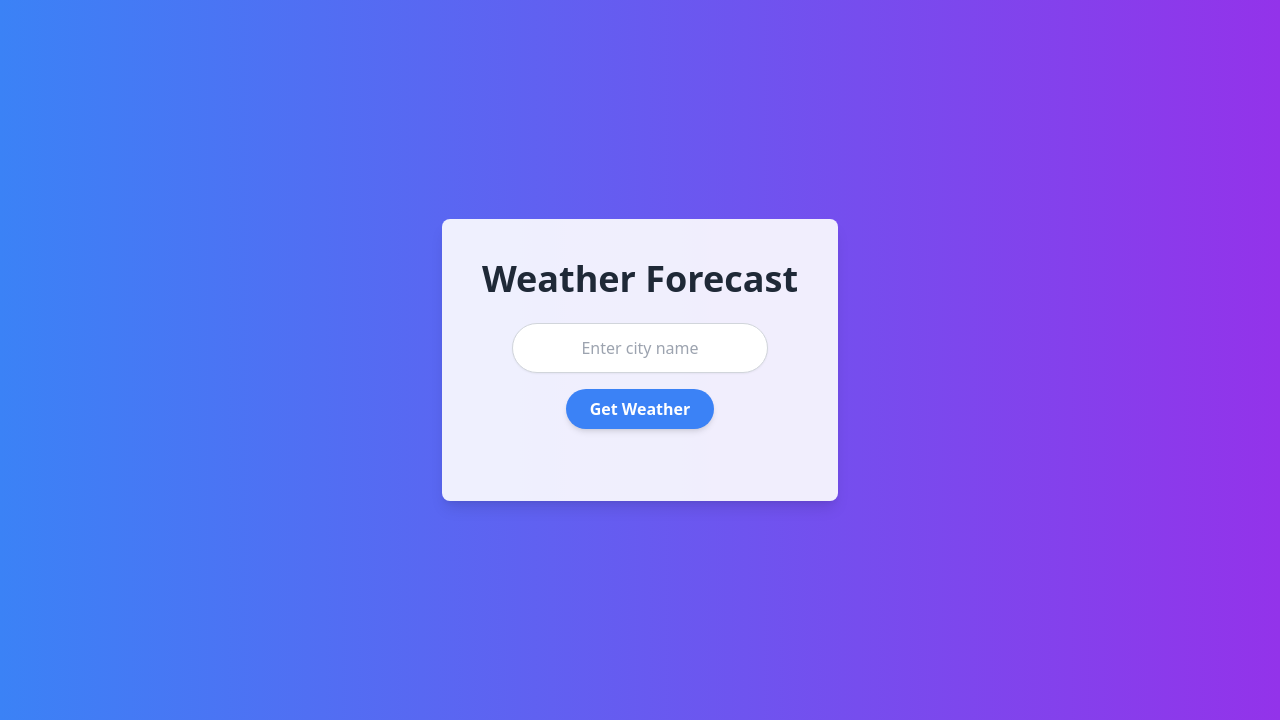
Repository: MKosainHaider/weather-app-react
Page: / (app in weather-app/)
An editor plug-in stored every save of this project. The page is shown before and after the next save, followed by the edit.
The browser window is 1280 px wide. The pictures show the whole page.
The project was rebuilt for these pictures with package versions that can differ from the ones it lists, and the page was loaded fresh each time. Also part of the build but not shown: weather-app/vite.config.js, weather-app/src/components/WeatherCard.jsx, weather-app/src/components/WeatherList.jsx.

Above is the page before, as saved 2024-08-19 14:51:11.

After the next save:
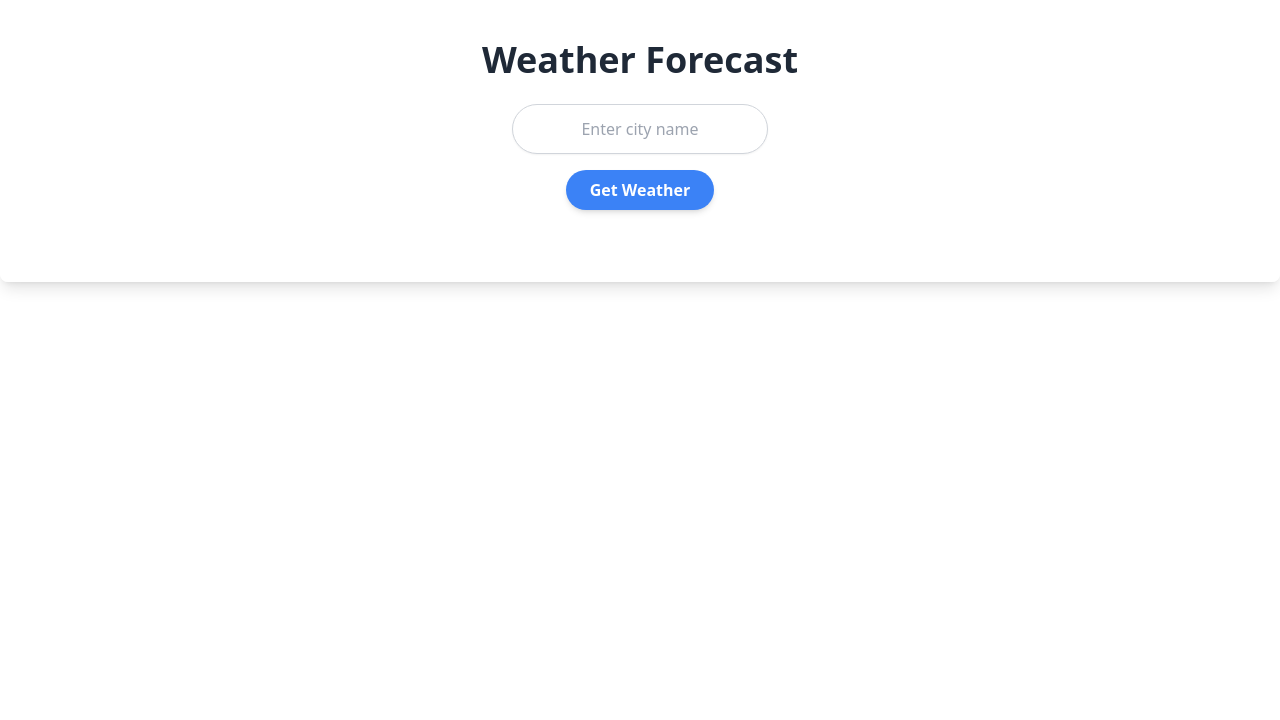
Saved 4 min 42 s later.
--- a/weather-app/src/App.jsx
+++ b/weather-app/src/App.jsx
@@ -6,7 +6,7 @@ function App() {
   const [city, setCity] = useState("");
 
   return (
-    <div className="flex flex-col items-center justify-center min-h-screen bg-gradient-to-r from-blue-500 to-purple-600">
+    <div classList="flex flex-col items-center justify-center min-h-screen bg-gradient-to-r from-blue-500 to-purple-600">
       <div className="p-10 text-center bg-white rounded-lg shadow-lg bg-opacity-90">
         <h1 className="mb-6 text-4xl font-bold text-gray-800">
           Weather Forecast
